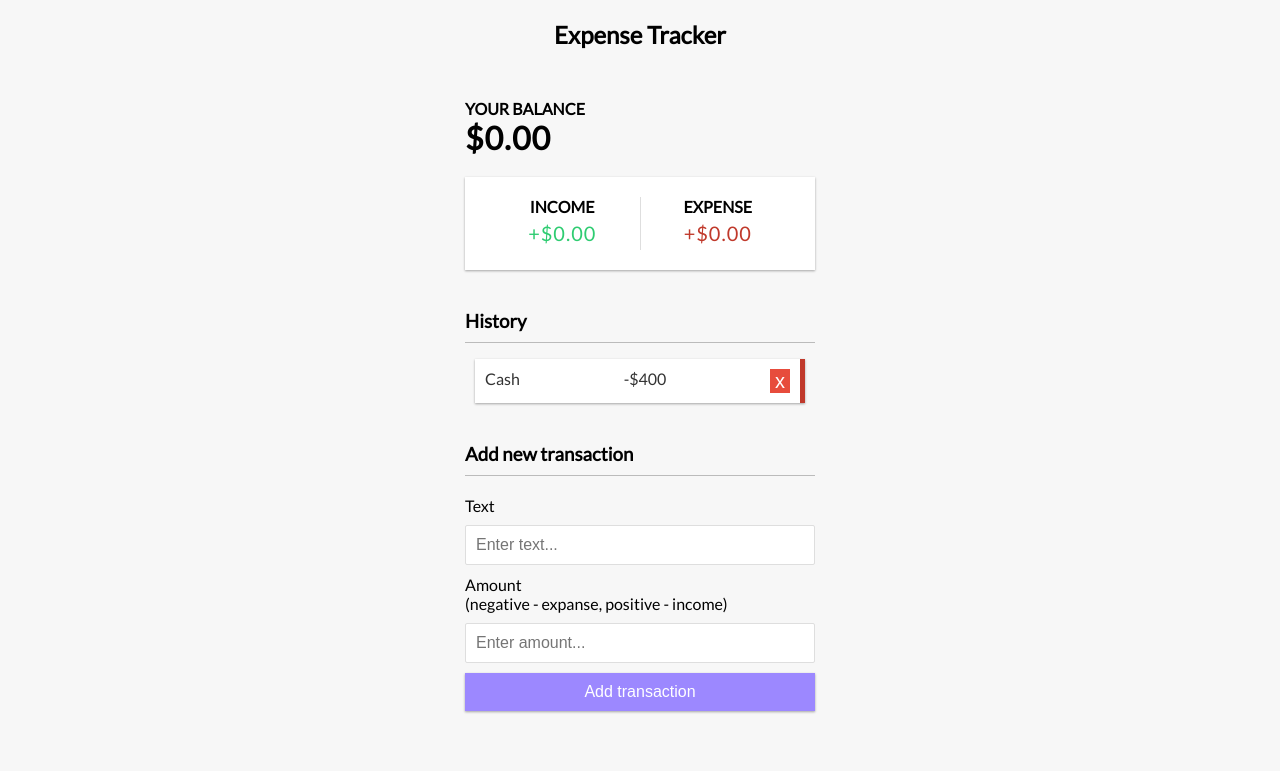
Repository: Youvelop/expenseTracker
Page: index.html
An editor plug-in stored every save of this project. The page is shown before and after the next save, followed by the edit.
The browser window is 1280 px wide. The pictures show the whole page.

Above is the page before, as saved 2020-06-30 13:02:43.

### index.html
<!DOCTYPE html>
<html lang="en">
  <head>
    <meta charset="UTF-8" />
    <meta name="viewport" content="width=device-width, initial-scale=1.0" />
    <link rel="stylesheet" href="style.css" />
    <title>Expense Tracker</title>
  </head>
  <body>
    <h2>Expense Tracker</h2>

    <div class="container">
      <h4>Your Balance</h4>
      <h1 id="balance">$0.00</h1>

      <div class="inc-exp-container">
        <div>
          <h4>Income</h4>
          <p id="money-plus" class="money plus">+$0.00</p>
        </div>
        <div>
          <h4>Expense</h4>
          <p id="money-minus" class="money minus">+$0.00</p>
        </div>
      </div>

      <h3>History</h3>
      <ul id="list" class="list">
        <li class="minus">
          Cash <span>-$400</span><button class="delete-btn">x</button>
        </li>
      </ul>

      <h3>Add new transaction</h3>
      <form id="form">
        <div class="form-control">
          <label for="text">Text</label>
          <input type="text" id="text" placeholder="Enter text..." />
        </div>
        <div class="form-control">
          <label for="amount"
            >Amount <br />
            (negative - expanse, positive - income)</label
          >
          <input type="number" id="amount" placeholder="Enter amount..." />
        </div>
        <button class="btn">Add transaction</button>
      </form>
    </div>
    <script src="script.js"></script>
  </body>
</html>

### style.css
@import url('https://fonts.googleapis.com/css?family=Lato&display=swap');

:root {
  --box-shadow: 0 1px 3px rgba(0, 0, 0, 0.12), 0 1px 2px rgba(0, 0, 0, 0.24);
}

* {
  box-sizing: border-box;
}
body {
  background-color: #f7f7f7;
  display: flex;
  flex-direction: column;
  align-items: center;
  justify-content: center;
  min-height: 100vh;
  margin: 0;
  font-family: 'Lato', sans-serif;
}

.container {
  margin: 30px;
  width: 350px;
}

h1 {
  letter-spacing: 1px;
  margin: 0;
}

h3 {
  border-bottom: 1px solid #bbb;
  padding-bottom: 10px;
  margin: 40px 0 10px;
}

h4 {
  margin: 0;
  text-transform: uppercase;
}

.inc-exp-container {
  background-color: #fff;
  box-shadow: var(--box-shadow);
  padding: 20px;
  display: flex;
  justify-content: space-between;
  margin: 20px 0;
}

.inc-exp-container > div {
  flex: 1;
  text-align: center;
}

.inc-exp-container > div:first-of-type {
  border-right: 1px solid #dedede;
}

.money {
  font-size: 20px;
  letter-spacing: 1px;
  margin: 5px 0;
}

.money.plus {
  color: #2ecc71;
}
.money.minus {
  color: #c0392b;
}

label {
  display: inline-block;
  margin: 10px 0;
}

input[type='text'],
input[type='number'] {
  border: 1px solid #dedede;
  border-radius: 2px;
  display: block;
  font-size: 16px;
  padding: 10px;
  width: 100%;
}

.btn {
  background-color: #9c88ff;
  box-shadow: var(--box-shadow);
  color: #fff;
  border: 0;
  display: block;
  font-size: 16px;
  margin: 10px 0 30px;
  padding: 10px;
  width: 100%;
}

.list {
  list-style-type: none;
  padding: 0;
  margin-bottom: 40px;
}

.list li {
  background-color: white;
  box-shadow: var(--box-shadow);
  color: #333;
  display: flex;
  justify-content: space-between;
  position: relative;
  padding: 10px;
  margin: 10px;
}

.list li.minus {
  border-right: 5px solid #c0392b;
}
.list li.plus {
  border-right: 5px solid #2ecc71;
}

.delete-btn {
  background-color: #e74c3c;
  border: 0;
  color: white;
  font-size: 20px;
  line-height: 20px;
  padding: 2px 5px;
  position: asbolute;
  top: 50%;
  left: 0;
}

Loaded but not shown: script.js (no copy from this time; the picture is the same without it)

After the next save:
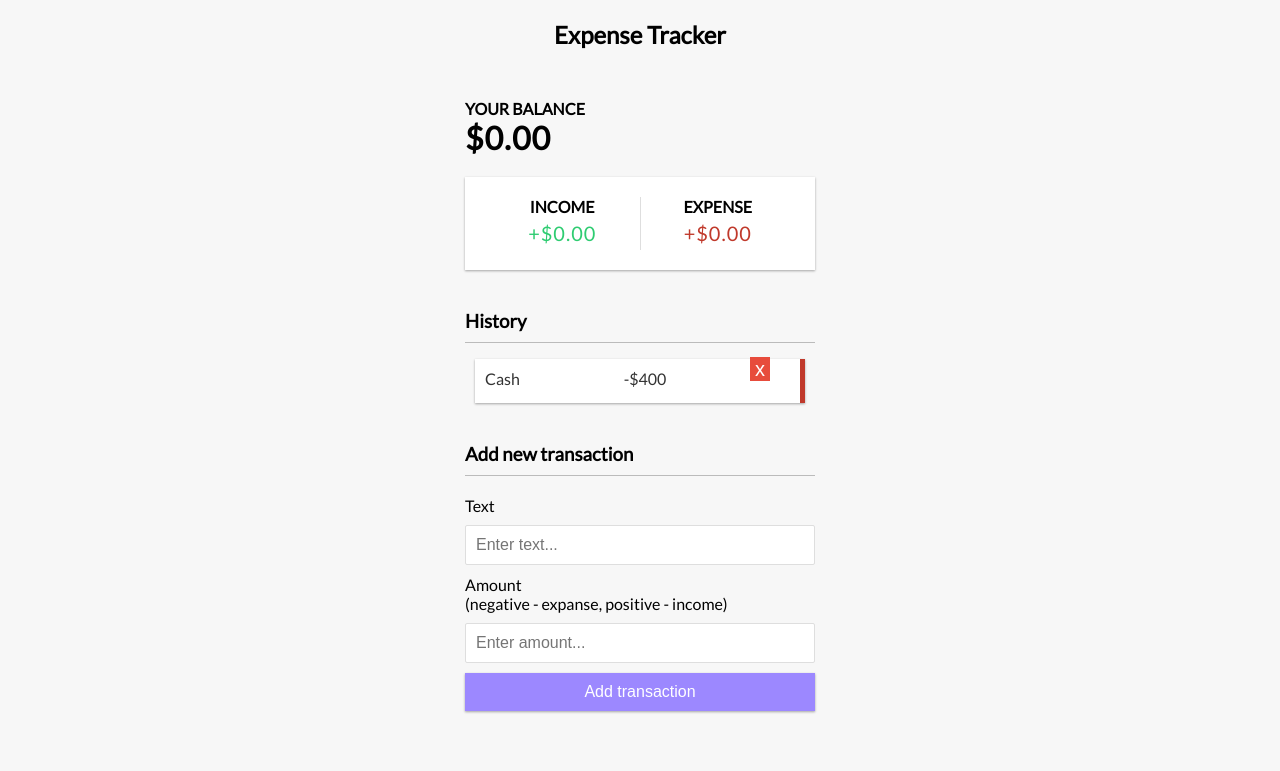
Saved 33 s later.
--- a/style.css
+++ b/style.css
@@ -131,4 +131,5 @@ input[type='number'] {
   position: asbolute;
   top: 50%;
   left: 0;
+  transform: translate(-100%, -50%);
 }
